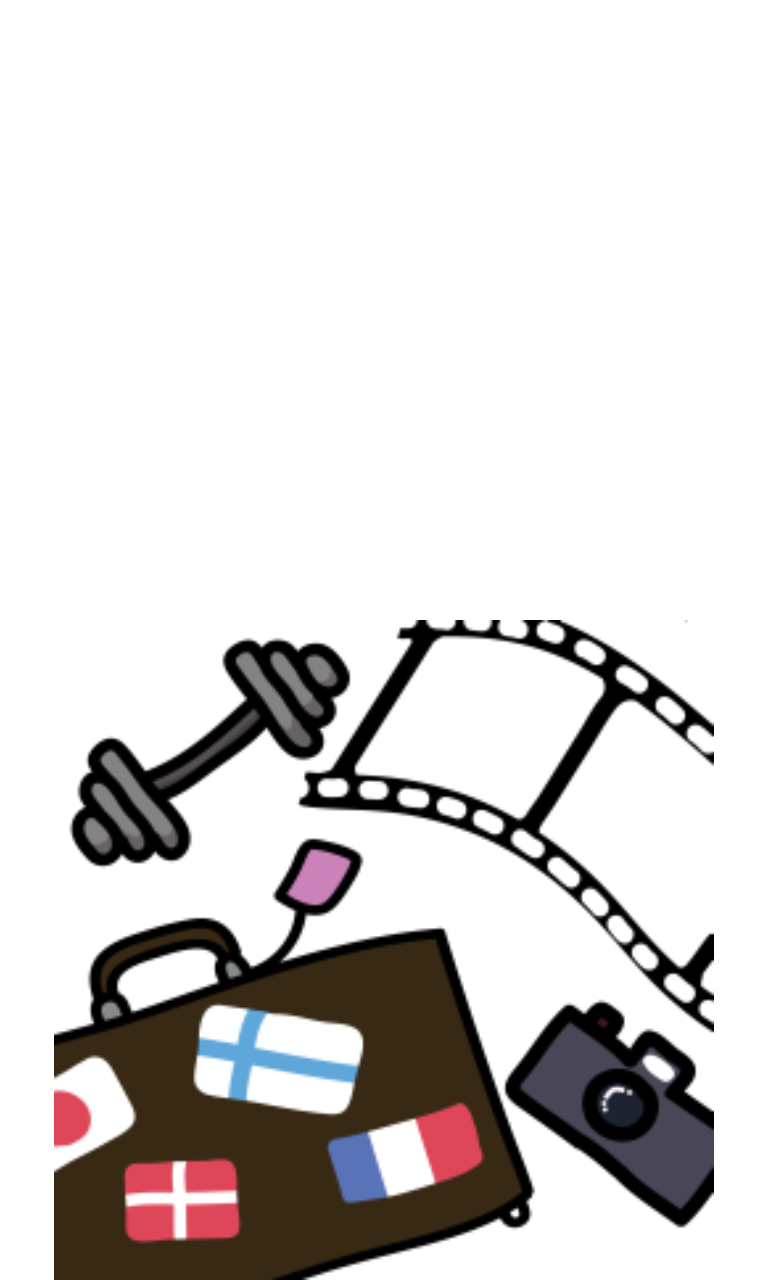
Repository: MikeFynes/ChallengeAccepted
Layout: ChallengeAcceptedFrontEnd/ChallengeDemo/res/layout/tab_welcome.xml
The author's editor kept a copy of each file at every save. The layout is drawn from the files as they stood at one save, then again after a run of saves.
It is drawn on a 768 x 1280 px phone screen (xhdpi) without system bars, with theme AppTheme; the app's code is not run. The app's manifest (not shown) leaves right-to-left support off. So textAlignment, textDirection and layoutDirection are ignored, and left and right values win over start and end ones.

Above is the layout before, as saved 2014-12-09 17:31:25.

### ChallengeAcceptedFrontEnd/ChallengeDemo/res/layout/tab_welcome.xml
<?xml version="1.0" encoding="utf-8"?>
<LinearLayout xmlns:android="http://schemas.android.com/apk/res/android"
    android:layout_width="match_parent"
    android:layout_height="match_parent"
    android:orientation="vertical" >


    <TextView android:layout_width="match_parent"
    android:layout_height="wrap_content"
    android:id="@+id/welcome_title"
    android:layout_weight="2"
    android:gravity="center"
    android:textStyle="bold"
    android:textSize="40sp"/>



    <TextView android:layout_width="fill_parent"
    android:layout_height="wrap_content"
    android:id="@+id/welcome_from"
    android:layout_weight="1"
    android:gravity="center"
    android:textAlignment="center"
     />

           <ImageView
        android:contentDescription="@string/image_context"

android:layout_width="fill_parent"
    android:layout_height="wrap_content"

        android:layout_weight="1"
        android:src="@drawable/welcome_icon"
         />

</LinearLayout>

### ChallengeAcceptedFrontEnd/ChallengeDemo/res/values/color.xml
<?xml version="1.0" encoding="utf-8"?>
<resources>

    <color name="white">#FFFFFF</color>
    <color name="black">#000000</color>

<!--      CHALLENGES COLOURS -->
    <color name="selected_cat">#00695C</color>
    <color name="list_selected_chall">#B2DFDB</color>

<!--     ACTIONBAR COLOURS -->
    <color name="actionbar">#009688</color>


</resources>

### ChallengeAcceptedFrontEnd/ChallengeDemo/res/drawable/tab_indicator.xml
<?xml version="1.0" encoding="utf-8"?>
<selector xmlns:android="http://schemas.android.com/apk/res/android" >
    <!-- STATES WHEN BUTTON IS NOT PRESSED -->

    <!-- Non focused states -->
    <item android:state_focused="false" android:state_selected="false"
        android:state_pressed="false"
        android:drawable="@color/actionbar" />
    <item android:state_focused="false" android:state_selected="true"
        android:state_pressed="false"
        android:drawable="@color/list_selected_chall" />

    <!-- Focused states (such as when focused with a d-pad or mouse hover) -->
    <item android:state_focused="true" android:state_selected="false"
        android:state_pressed="false"
        android:drawable="@color/actionbar" />
    <item android:state_focused="true" android:state_selected="true"
        android:state_pressed="false"
        android:drawable="@color/list_selected_chall" />


    <!-- STATES WHEN BUTTON IS PRESSED -->

    <!-- Non focused states -->
    <item android:state_focused="false" android:state_selected="false"
        android:state_pressed="true"
        android:drawable="@color/actionbar" />
    <item android:state_focused="false" android:state_selected="true"
        android:state_pressed="true"
        android:drawable="@color/list_selected_chall" />

    <!-- Focused states (such as when focused with a d-pad or mouse hover) -->
    <item android:state_focused="true" android:state_selected="false"
        android:state_pressed="true"
        android:drawable="@color/list_selected_chall" />
    <item android:state_focused="true" android:state_selected="true"
        android:state_pressed="true"
        android:drawable="@color/list_selected_chall" />

</selector>

### ChallengeAcceptedFrontEnd/ChallengeDemo/res/values/strings.xml
<?xml version="1.0" encoding="utf-8"?>
<resources>
	<string name="image_context">image</string>
    <string name="app_name">Challenger</string>
    <string name="start_select_user">Select User</string>
    <string name="select_challenge">Select Challenge</string>
    <string name="select_category">Select Category</string>
    <string name="action_settings">Settings</string>

      <string name="text_accepted">ACCEPTED</string>
    <string name="text_received">RECEIVED</string>

    <string name="tab_lbl_my_challenges">My Challenges</string>
    <string name="tab_lbl_scoreboard">Scoreboard</string>
    <string name="tab_lbl_create_challenge">Challenge</string>
    <string name="tab_lbl_welcome">Welcome</string>
    <string name="btn_accept">Accept</string>
    <string name="btn_decline">Decline</string>



    <string name="btn_complete">Complete</string>
    <string name="no_challTitle">No Challenge Yet</string>
    <string name="no_challDesc">No Challenge has been issued</string>
    <string name="btnChallenge">SEND CHALLENGE!</string>
    <string name="btnBack">Back</string>
    <string name="btn_add_user">Add User</string>

    <string name="challenge_title">CHALLENGE</string>
    <string name="challenge_points">POINTS</string>

      <string name="user_points">Score</string>
  		<string name="user_name">Name</string>

  		<string name="fill_form">Enter details below and click complete to add a user</string>
  		<string name="add_name">User Name</string>


  		<string name="welcome_start">Welcome</string>
  		<string name="welcome_from_start">Navigate through tabs to challenges!</string>

  		<string name="welcome_response">Response Logged!</string>
  		<string name="welcome_from_response">Your response has been added!</string>

  		  		<string name="welcome_complete">Challenge Complete</string>
  		<string name="welcome_from_complete">You go girl!</string>

  		  		<string name="welcome_sent">Challenge Sent</string>
  		<string name="welcome_from_sent">Oooooooooooh!</string>
</resources>

Loaded but not shown: ChallengeAcceptedFrontEnd/ChallengeDemo/res/values/styles.xml (common file)

After the next 2 saves:
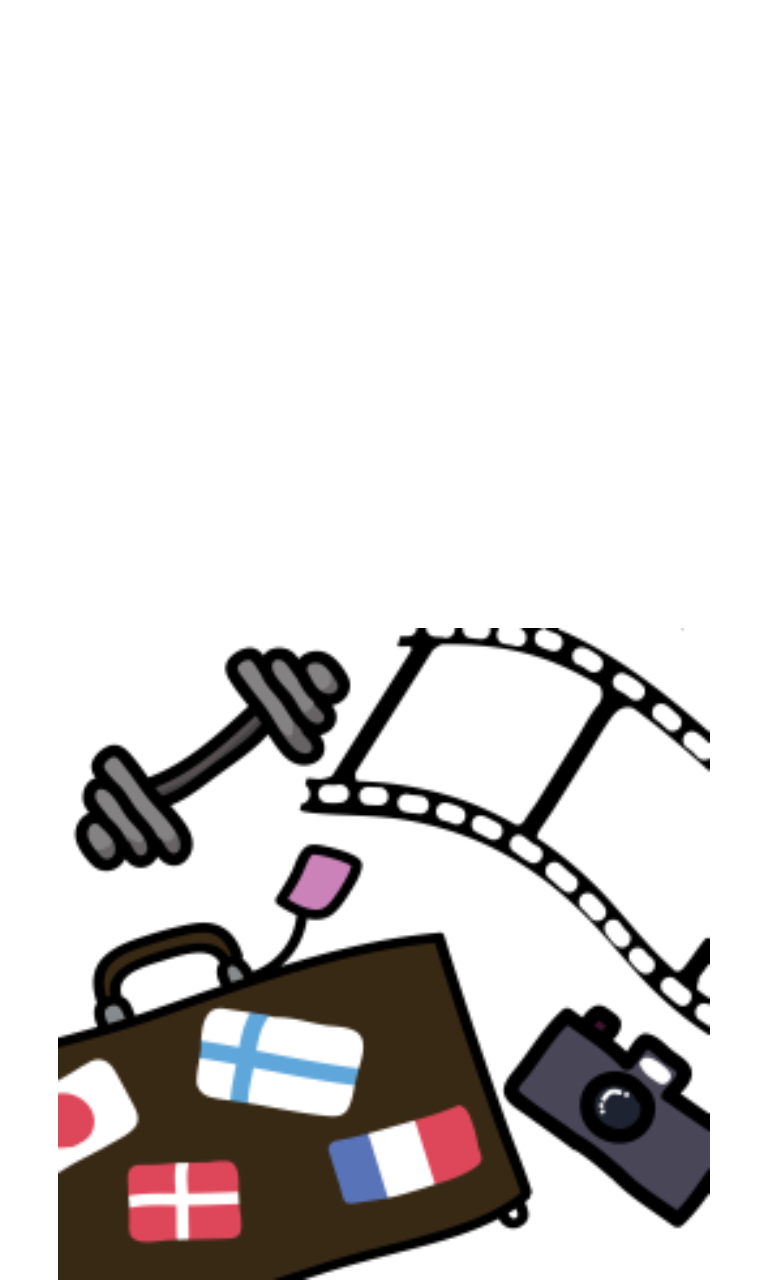
The 2 saves are shown as one change because they came seconds apart.
The last was saved 115 s later.
--- a/ChallengeAcceptedFrontEnd/ChallengeDemo/res/layout/tab_welcome.xml
+++ b/ChallengeAcceptedFrontEnd/ChallengeDemo/res/layout/tab_welcome.xml
@@ -21,6 +21,7 @@
     android:layout_weight="1"
     android:gravity="center"
     android:textAlignment="center"
+    android:textSize="25"
      />
 
            <ImageView
